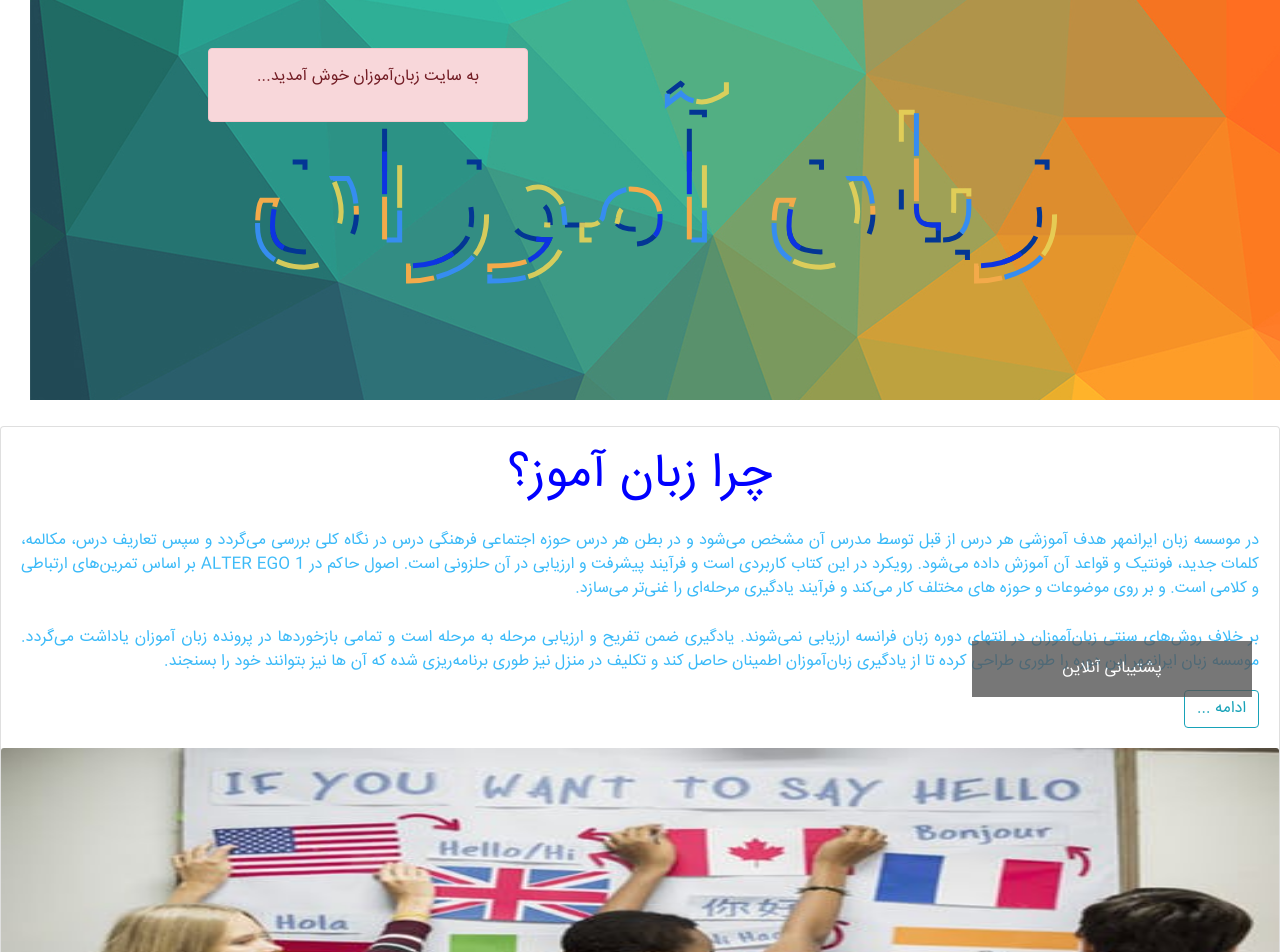
Repository: nikmahla/ZabanAmozan
Page: LanguageWebSite.html
These files come from the project's save history. The page is drawn as it stood at one moment and after the next save; the edit follows.
The browser window is 1280 px wide. The pictures show the part of the page from y = 0 to 952 px (the page is 3961 px tall).
A picture or video elsewhere on the page could not be fetched, so the positions and the page height are approximate.

Above is the page before, as saved 2019-10-11 22:00:42.

After the next save:
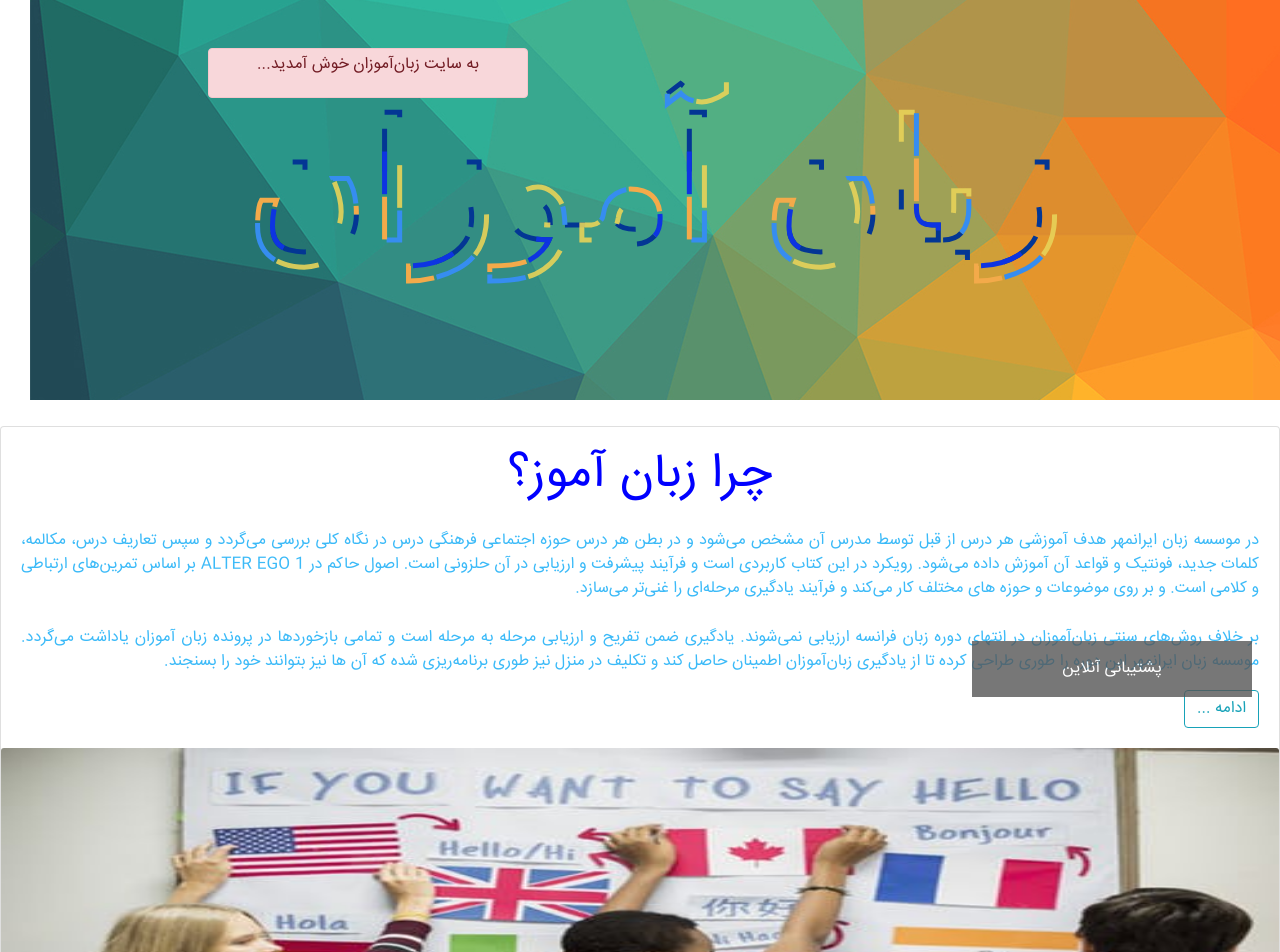
Saved 45 s later.
--- a/LanguageWebSite.html
+++ b/LanguageWebSite.html
@@ -29,7 +29,7 @@
         </svg>
     </div>
 
-    <div id="alert" class="alert alert-danger p-3 m-5">
+    <div id="alert" class="alert alert-danger p-1 m-5">
         <p class="text-center">به سایت زبان‌آموزان خوش آمدید...</p>
     </div>
 
